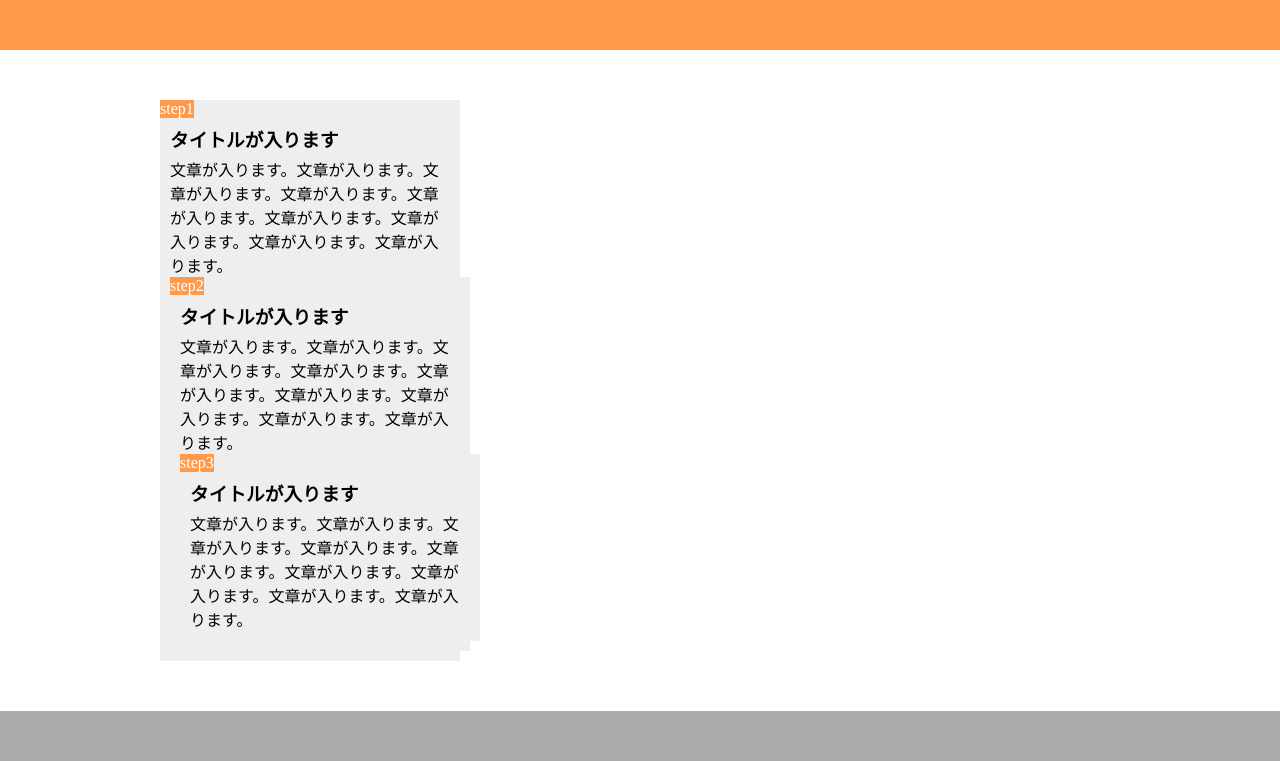
Repository: uchinokana/git-practiced
Page: 課題提出/sample.html
The author's editor kept a record of every edit. The page is drawn from the files as they stood at one moment, then again after the next edit.
The browser window is 1280 px wide. The pictures show the whole page.

Above is the page before.

### 課題提出/sample.html
<!DOCTYPE html>
<html lang="ja">
  <head>
    <meta charset="utf-8" />
    <title>提出課題</title>
    <link rel="stylesheet" href="style.css" />
  </head>
  <body>
    <header>
    </header>
    <main>
      <div class="step-box">
        <div id="step-img1"><div/>
        <span class="step-num">step1</span>
        <h3 class="title">タイトルが入ります</h3>
        <p class="text">

           文章が入ります。文章が入ります。文章が入ります。文章が入ります。文章が入ります。文章が入ります。文章が入ります。文章が入ります。文章が入ります。

        </p>
      <div class="step-box">
        <div id="step-img2"><div/>
        <span class="step-num">step2</span>
        <h3 class="title">タイトルが入ります</h3>
        <p class="text">

           文章が入ります。文章が入ります。文章が入ります。文章が入ります。文章が入ります。文章が入ります。文章が入ります。文章が入ります。文章が入ります。

        </p>
      </div>
      <div class="step-box">
        <div id="step-img3"><div/>
        <span class="step-num">step3</span>
        <h3 class="title">タイトルが入ります</h3>
        <p class="text">

           文章が入ります。文章が入ります。文章が入ります。文章が入ります。文章が入ります。文章が入ります。文章が入ります。文章が入ります。文章が入ります。

        </p>
      </div>

    </main>
    <footer></footer>




  </body>
</html>

### 課題提出/style.css
* {
  box-sizing: border-box;
  margin: 0;
  padding: 0;
}

header {
  height: 50px;
  background-color: #ff9a4b;
}

main {
  width: 960px;
  margin: 50px auto;
  display: block;
}

.step-box {
  width: 300px;
  margin-right: 30px;
  padding: 10px;
  position: relative;
  background-color: #eee;
}

.step-box:last-child {
  margin-right: 0;
}

.step-img1 {
  height: 150px;
  background-image: url(img/flow01.png);
  background-position: bottom;
  background-size: cover;
}

.step-img2 {
  height: 150px;
  background-image: url(img/flow02.png);
  background-position: bottom;
  background-size: cover;
}

.step-img3 {
  height: 150px;
  background-image: url(img/flow03.png);
  background-position: bottom;
  background-size: cover;
}

.step-num {
  position: absolute;
  top: 0;
  left: 0;
  background-color: #ff9a4b;
  color: #fff;
}

.title {
  margin: 15px 0 5px;
}

footer {
  height: 50px;
  background-color: #aaa;
}

@media screen and (max-width: 768px) {
  header {
  width: 100%
}
.step-box {
  width: 100%;
}
main {
  width: 100%;
  display: block;

}
}

After the next edit:
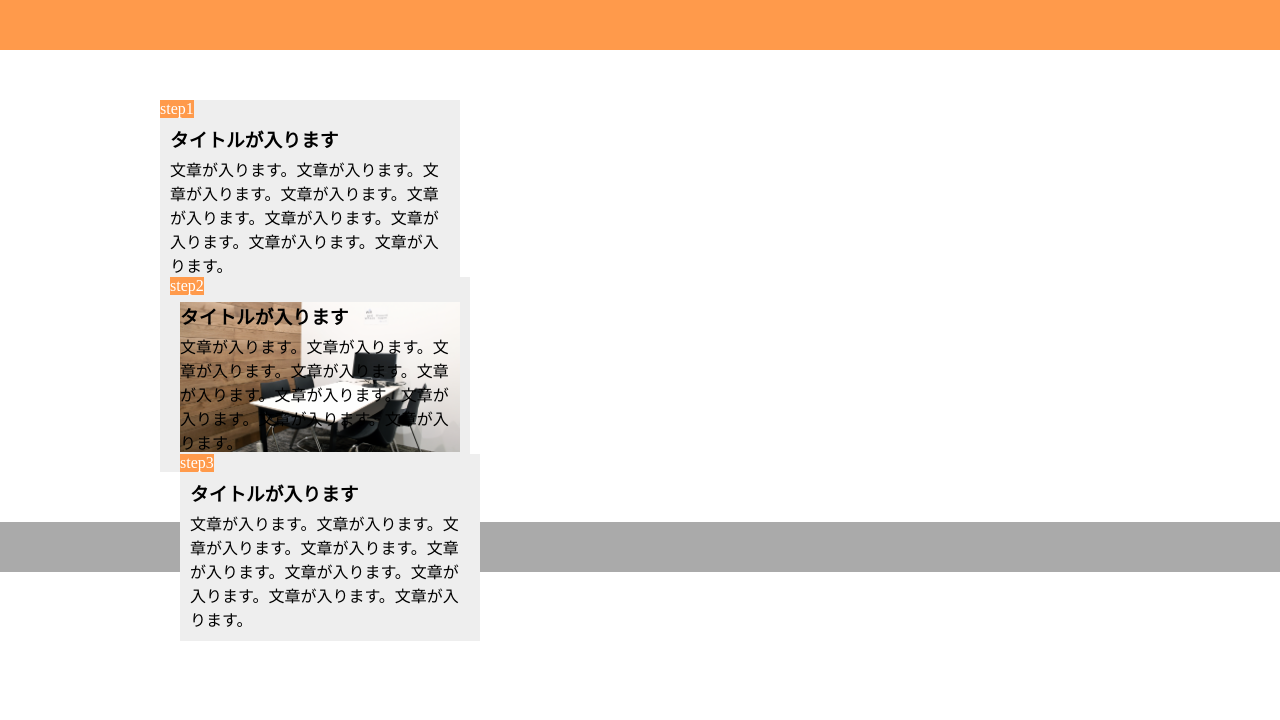
The edit:
--- a/課題提出/sample.html
+++ b/課題提出/sample.html
@@ -19,7 +19,7 @@
 
         </p>
       <div class="step-box">
-        <div id="step-img2"><div/>
+        <div class="step-img2"><div/>
         <span class="step-num">step2</span>
         <h3 class="title">タイトルが入ります</h3>
         <p class="text">
